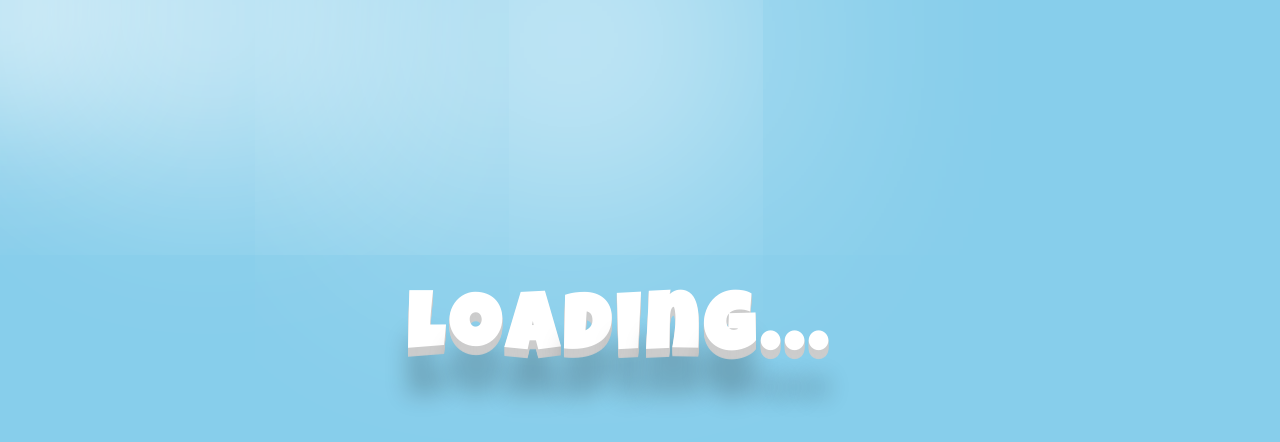
Repository: BlackCat328/CSS_Animation
Page: 2.文字弹动/index.html
An editor plug-in stored every save of this project. The page is shown before and after a run of saves, followed by the edit.
The browser window is 1280 px wide. The pictures show the whole page.

Above is the page before, as saved 2022-11-13 20:48:44.

After the next 3 saves:
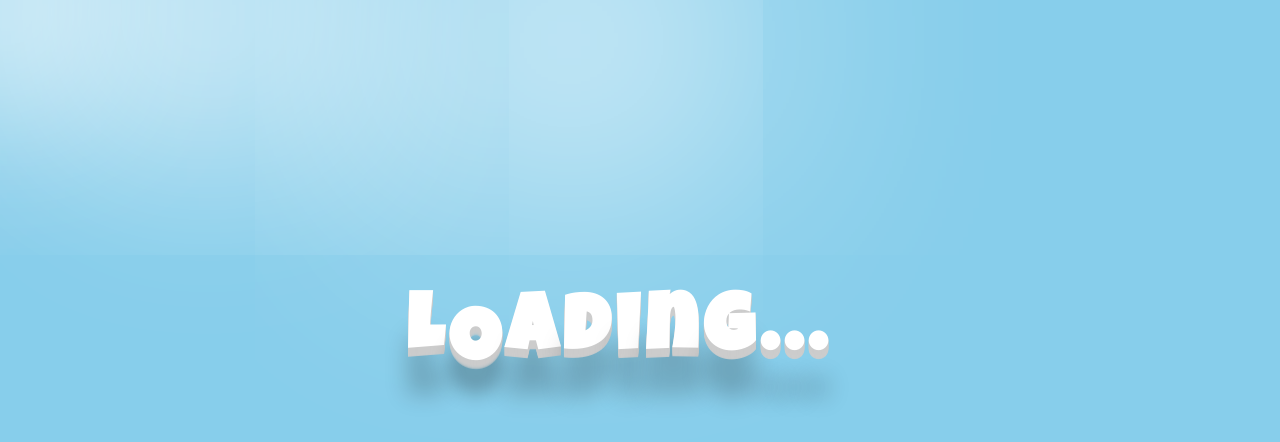
The 3 saves are shown as one change because they came seconds apart.
The last was saved 8 s later.
--- a/2.文字弹动/index.css
+++ b/2.文字弹动/index.css
@@ -79,6 +79,6 @@ h1 span {
     }
 }
 
-h1 span:nth-child(2){
-    anima
+h1 span:nth-child(2) {
+    animation-delay: .1s;
 }
